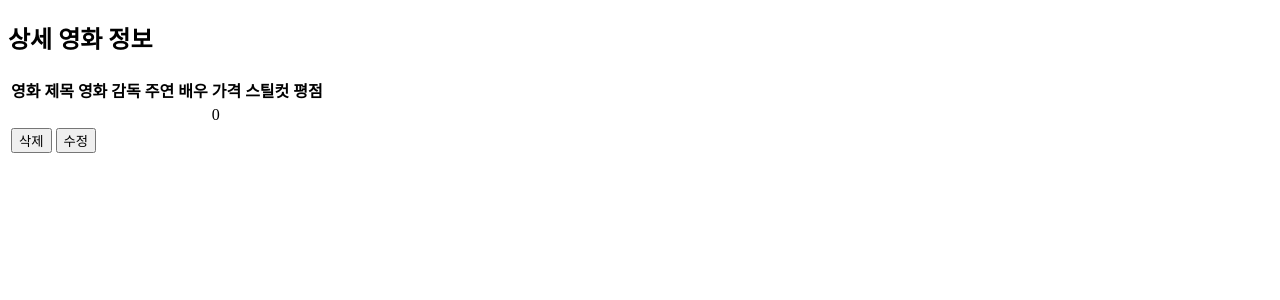
Repository: shinymusket/ideal-memory2
Page: http://localhost/homework10/MIS
The author's editor kept a copy of each file at every save. The page is drawn from the files as they stood at one save, then again after the next save.
The browser window is 1280 px wide. The pictures show the whole page.
The page is served by Tomcat 9. Queries for data that is not in the repository find no rows.

Above is the page before, as saved 2022-06-16 07:16:43.

After the next save:
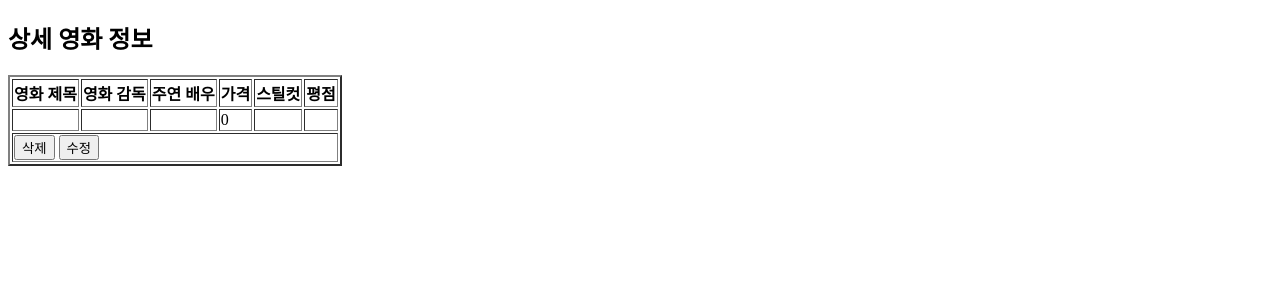
Saved 108 s later.
--- a/homework10/WebContent/movieInfo.jsp
+++ b/homework10/WebContent/movieInfo.jsp
@@ -8,7 +8,7 @@
 </head>
 <body>
 	<h2>상세 영화 정보</h2>
-	<table>
+	<table border="2">
 		<tr>
 			<th>영화 제목</th>
 			<th>영화 감독</th>
